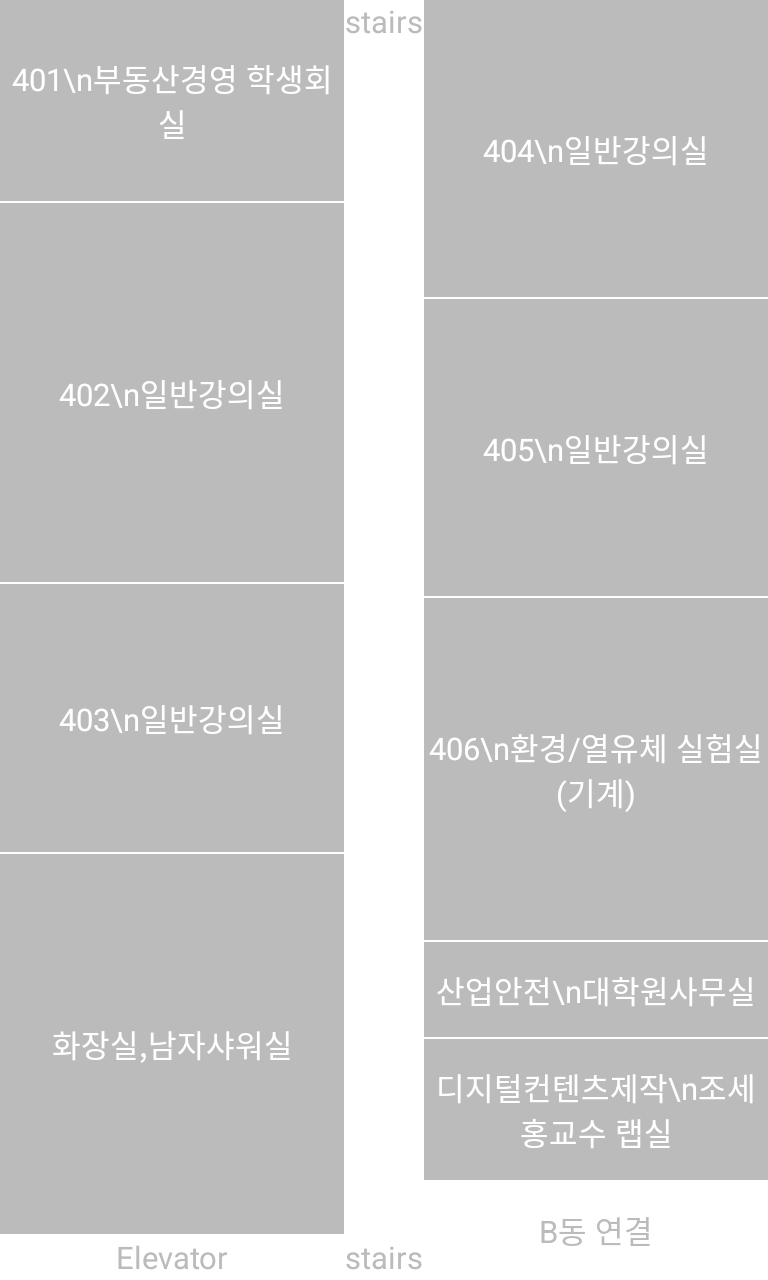
Repository: Choi-HyunWoo/Baddest
Layout: hansung.campusmap/res/layout/campus_gonghaka4.xml
The author's editor kept a copy of each file at every save. The layout is drawn from the files as they stood at one save, then again after the next save.
It is drawn on a 768 x 1280 px phone screen (xhdpi) without system bars, with theme android:Theme.Light.NoTitleBar; the app's code is not run.

Above is the layout before, as saved 2014-05-29 22:38:24.

### hansung.campusmap/res/layout/campus_gonghaka4.xml
<?xml version="1.0" encoding="utf-8"?>
<LinearLayout  xmlns:android="http://schemas.android.com/apk/res/android"
    android:baselineAligned="false"
    android:layout_width="match_parent"
    android:layout_height="match_parent"
    android:orientation="horizontal" >

    <LinearLayout
        android:layout_width="fill_parent"
        android:layout_height="match_parent"
        android:layout_weight="1"
        android:orientation="vertical" >

        <Button
            android:text="401\n부동산경영 학생회실"
            android:layout_weight="1"
            style="@style/RoomButton" />
        <Button
            android:text="402\n일반강의실"
            android:layout_weight="3"
            style="@style/RoomButton" />
        <Button
            android:text="403\n일반강의실"
            android:layout_weight="2"
            style="@style/RoomButton" />
        <Button
            android:text="화장실,남자샤워실"
            android:layout_weight="3"
            style="@style/RoomButton" />
        <Button
            android:text="Elevator"
            android:layout_weight="0"
            style="@style/WhitePlace" />

    </LinearLayout>

    <RelativeLayout
    	android:layout_width="40dp"
        android:layout_height="match_parent"
        android:orientation="vertical" >
	    <TextView
	        android:text="stairs"
	        style="@style/WhitePlace"
	        android:layout_width="match_parent"
	        android:layout_height="wrap_content"
	        android:layout_alignParentTop="true" />
	    <TextView
	        android:text="stairs"
	        style="@style/WhitePlace"
	        android:layout_width="match_parent"
	        android:layout_height="wrap_content"
	        android:layout_alignParentBottom="true" />
	</RelativeLayout>

    <LinearLayout
        android:layout_width="fill_parent"
        android:layout_height="match_parent"
        android:layout_weight="1"
        android:orientation="vertical" >

        <Button
            android:text="404\n일반강의실"
            android:layout_weight="5"
            style="@style/RoomButton" />
        <Button
            android:text="405\n일반강의실"
            android:layout_weight="5"
            style="@style/RoomButton" />
        <Button
            android:text="406\n환경/열유체 실험실(기계)"
            android:layout_weight="5"
            style="@style/RoomButton" />
        <Button
            android:text="산업안전\n대학원사무실"
            android:layout_weight="1"
            style="@style/RoomButton" />
        <Button
            android:text="디지털컨텐츠제작\n조세홍교수 랩실"
            android:layout_weight="1"
            style="@style/RoomButton" />
        <Button
            android:text="B동 연결"
            android:layout_weight="1"
            style="@style/WhitePlace" />

    </LinearLayout>
</LinearLayout>

### hansung.campusmap/res/values/styles.xml
<resources xmlns:android="http://schemas.android.com/apk/res/android">


    <style name="BuildingButton">
        <item name="android:background">@drawable/bt_selector</item>
        <item name="android:textColor">@color/White</item>
        <item name="android:gravity">center</item>
        <item name="android:textSize">6pt</item>
        <item name="android:layout_gravity">fill</item>
        <item name="android:layout_margin">2dp</item>
    </style>
    <style name="MapOthers">
		<item name="android:background">@color/White</item>
        <item name="android:textColor">@color/LightGray</item>
        <item name="android:gravity">center</item>
        <item name="android:textSize">5pt</item>
        <item name="android:layout_gravity">fill</item>
        <item name="android:layout_margin">2dp</item>
    </style>

    <style name="RoomButton">
        <item name="android:background">@drawable/bt_selector</item>
		<item name="android:layout_width">match_parent</item>
        <item name="android:layout_height">wrap_content</item>
        <item name="android:layout_marginBottom">1dp</item>
        <item name="android:gravity">center</item>
        <item name="android:textColor">@color/White</item>
        <item name="android:textSize">7pt</item>
    </style>
    <style name="WhitePlace">
        <item name="android:background">@color/White</item>
		<item name="android:layout_width">match_parent</item>
        <item name="android:layout_height">wrap_content</item>
        <item name="android:layout_marginBottom">1dp</item>
        <item name="android:gravity">center</item>
        <item name="android:textColor">@color/LightGray</item>
        <item name="android:textSize">7pt</item>
    </style>

    <style name="FloorButton">
        <item name="android:background">@color/DarkGray</item>
		<item name="android:layout_width">wrap_content</item>
        <item name="android:layout_height">30dp</item>
        <item name="android:layout_marginRight">1dp</item>
        <item name="android:layout_weight">1</item>
        <item name="android:gravity">center</item>
        <item name="android:textColor">@color/White</item>
        <item name="android:textSize">6pt</item>
    </style>


</resources>

### hansung.campusmap/res/values/colors.xml
<resources>





    <color name="MainColor">#33B5E5</color>
    <color name="DarkSkyblue">#0099CC</color>
    <color name="White">#FFFFFF</color>
    <color name="Black">#000000</color>
    <color name="LightGray">#BBBBBB</color>
    <color name="DarkGray">#999999</color>

</resources>

### hansung.campusmap/res/drawable-hdpi/bt_selector.xml
<?xml version="1.0" encoding="utf-8"?>
<selector xmlns:android="http://schemas.android.com/apk/res/android" >
    <item android:state_pressed="true"
        android:drawable="@color/MainColor" /> <!-- pressed button color -->
    <item
        android:drawable="@color/LightGray" /> <!-- default button color -->
</selector>

After the next save:
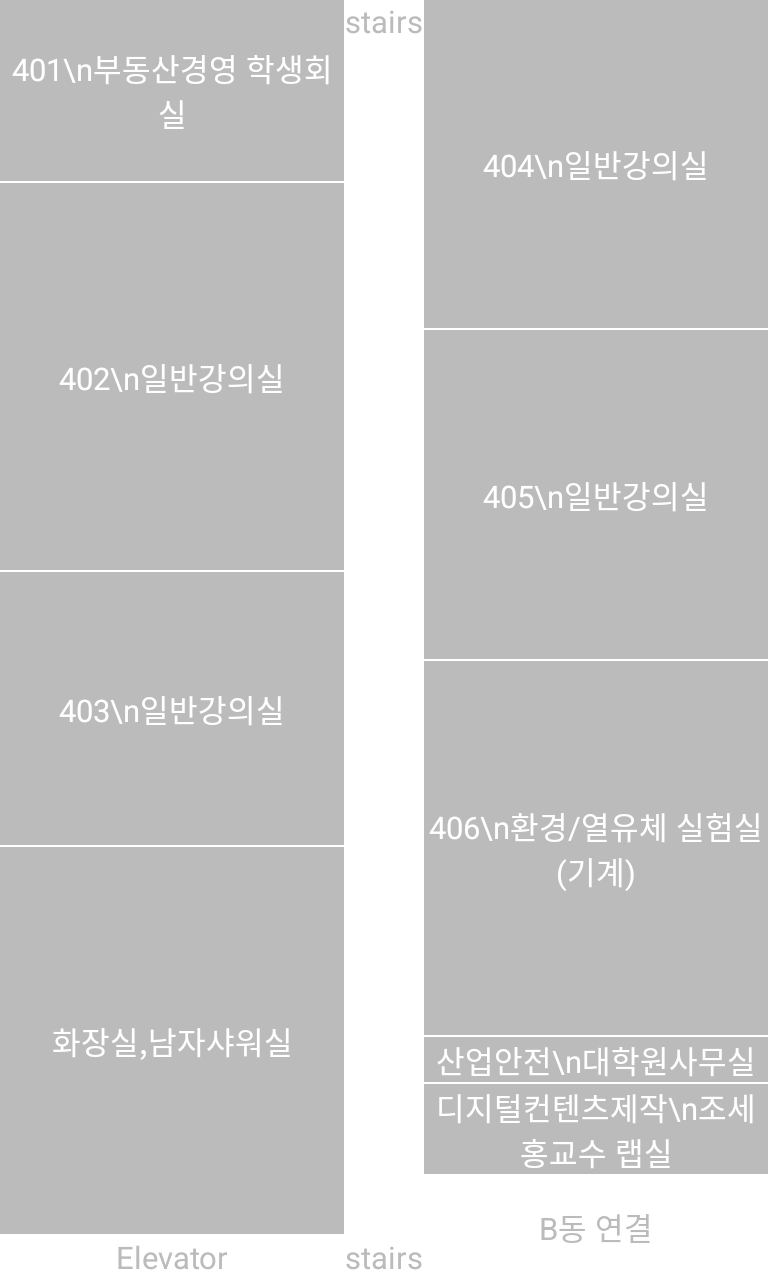
Saved 83 s later.
--- a/hansung.campusmap/res/layout/campus_gonghaka4.xml
+++ b/hansung.campusmap/res/layout/campus_gonghaka4.xml
@@ -12,9 +12,10 @@
         android:orientation="vertical" >
 
         <Button
-            android:text="401\n부동산경영 학생회실"
-            android:layout_weight="1"
-            style="@style/RoomButton" />
+            style="@style/RoomButton"
+            android:layout_weight="0.8"
+            android:text="401\n부동산경영 학생회실" />
+
         <Button
             android:text="402\n일반강의실"
             android:layout_weight="3"
@@ -70,14 +71,17 @@
             android:text="406\n환경/열유체 실험실(기계)"
             android:layout_weight="5"
             style="@style/RoomButton" />
+
         <Button
-            android:text="산업안전\n대학원사무실"
-            android:layout_weight="1"
-            style="@style/RoomButton" />
+            style="@style/RoomButton"
+            android:layout_height="wrap_content"
+            android:text="산업안전\n대학원사무실" />
+
         <Button
-            android:text="디지털컨텐츠제작\n조세홍교수 랩실"
-            android:layout_weight="1"
-            style="@style/RoomButton" />
+            style="@style/RoomButton"
+            android:layout_height="wrap_content"
+            android:text="디지털컨텐츠제작\n조세홍교수 랩실" />
+
         <Button
             android:text="B동 연결"
             android:layout_weight="1"
